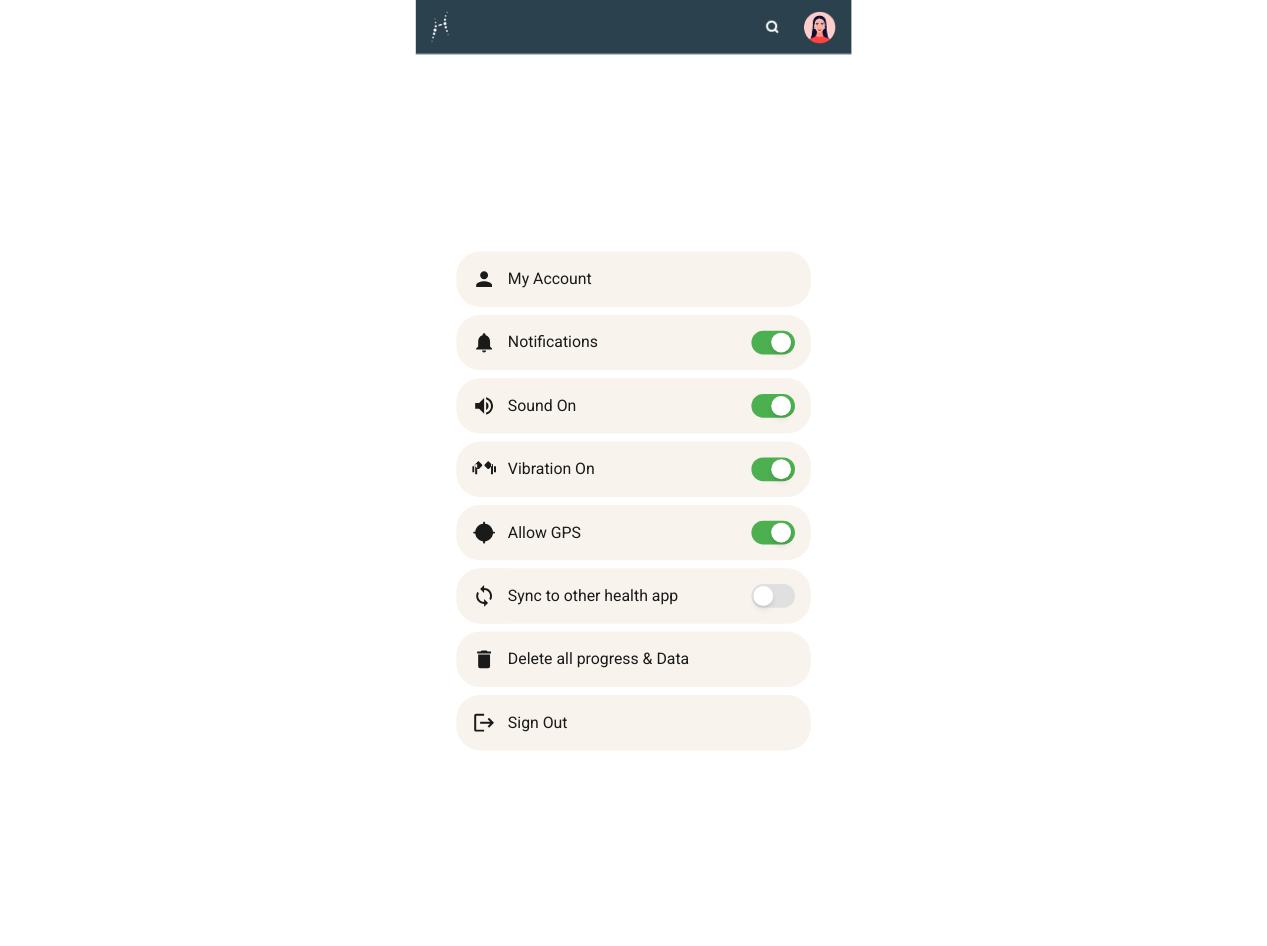
Repository: patcha-d3/heal_u
Page: /onboarding/settings
These files come from the project's save history. The page is drawn as it stood at one moment and after the next save; the edit follows.
The browser window is 1280 px wide. The pictures show the whole page, at 99% of full size.
The project was rebuilt for these pictures with package versions that can differ from the ones it lists, and the page was loaded fresh each time. The framework's server and built-in components were replaced by stand-ins that run in the browser. Also part of the build but not shown: next.config.js, next.config.mjs, ui/Bottomnav/Bottomnav.module.css, ui/Bottomnav/Bottomnav.js.

Above is the page before, as saved 2025-05-16 19:14:48.

After the next save:
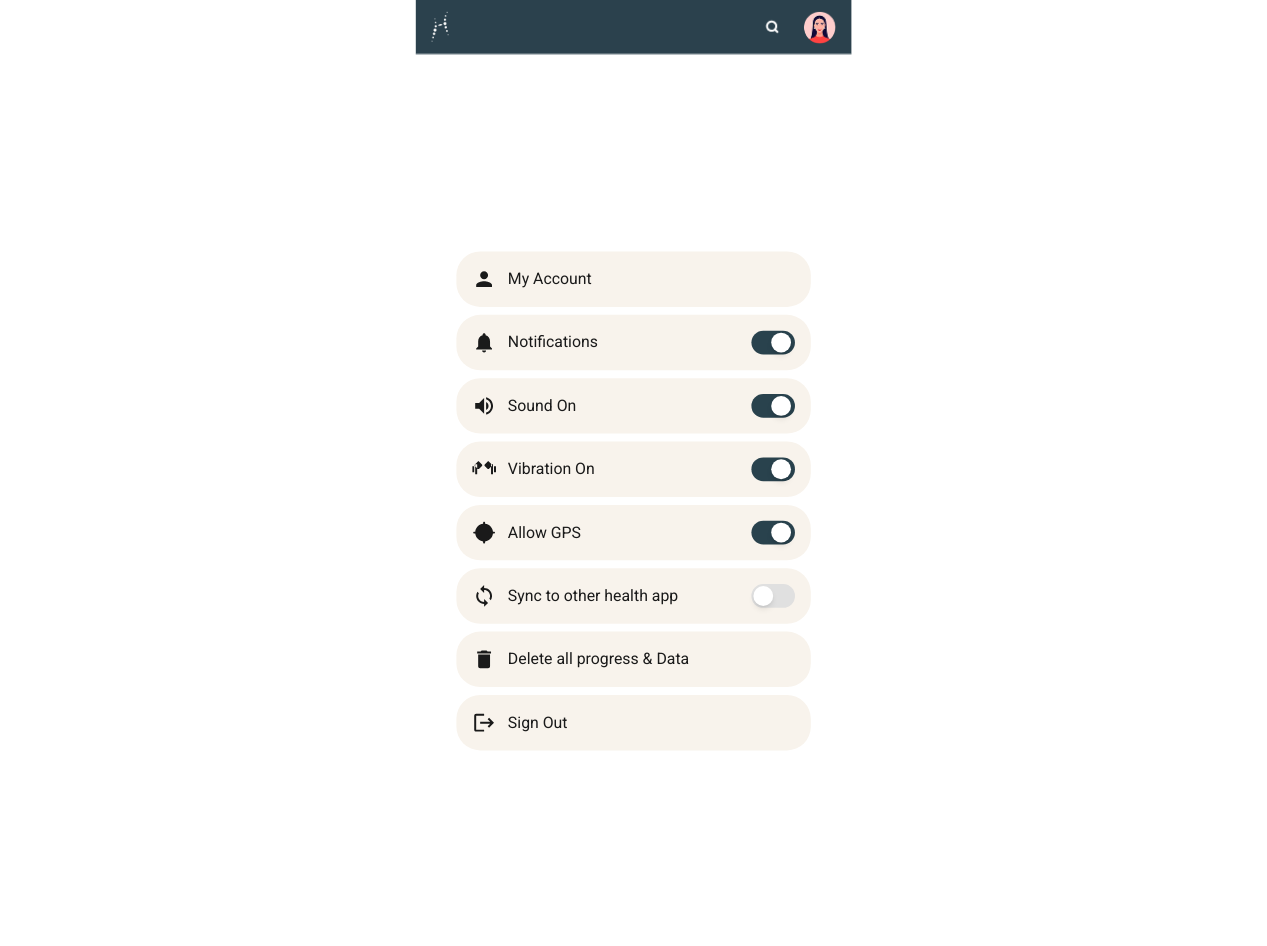
Saved 2 min 8 s later.
--- a/ui/Settings-card/Settings-card.js
+++ b/ui/Settings-card/Settings-card.js
@@ -28,7 +28,7 @@ export default function SettingsCard({
 					onClick={onToggle}
 					className={`w-11 h-6 rounded-full transition-colors ${
 						isEnabled
-							? "bg-[#4CAF50]"
+							? "bg-[#29424D]"
 							: "bg-[#E0E0E0]"
 					}`}
 				>
